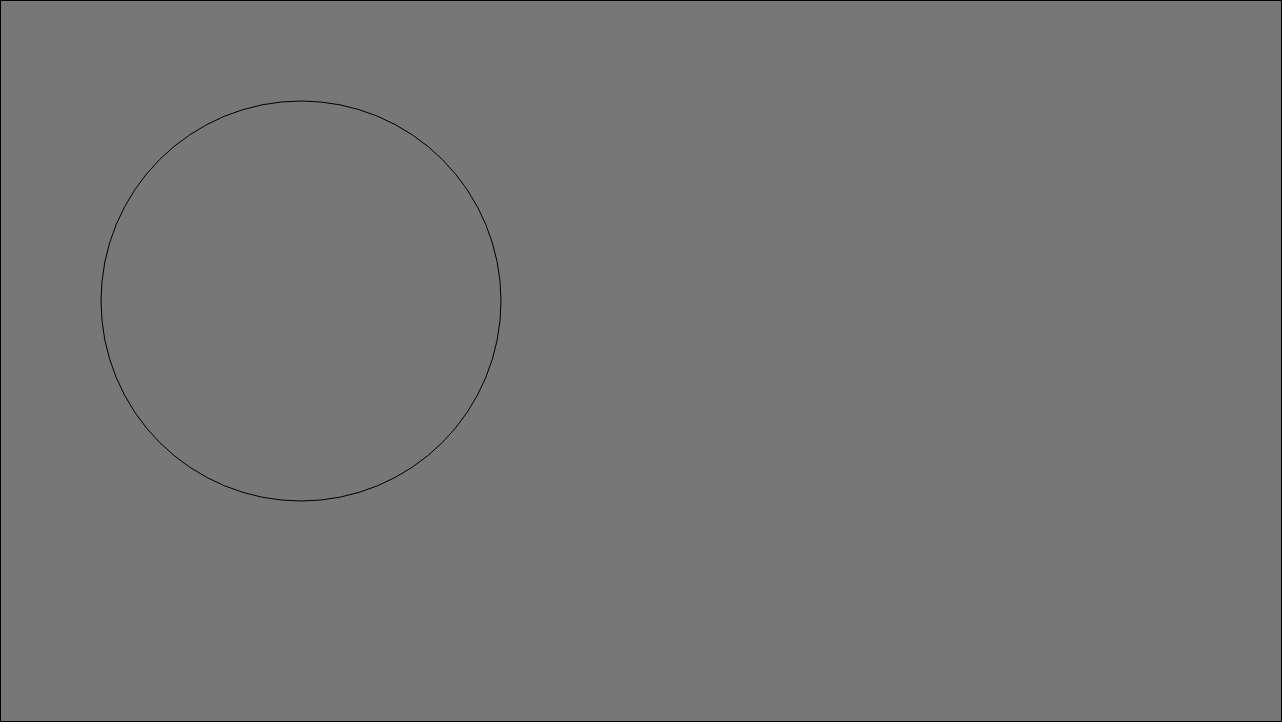
Repository: tenlekdan/particle-effect
Page: inidex.html
An editor plug-in stored every save of this project. The page is shown before and after the next save, followed by the edit.
The browser window is 1280 px wide. The page is 1282 px wide, so the pictures cover 1282 px, including what lies to the right of the window. The pictures show the whole page.

Above is the page before, as saved 2019-12-26 15:36:21.

After the next save:
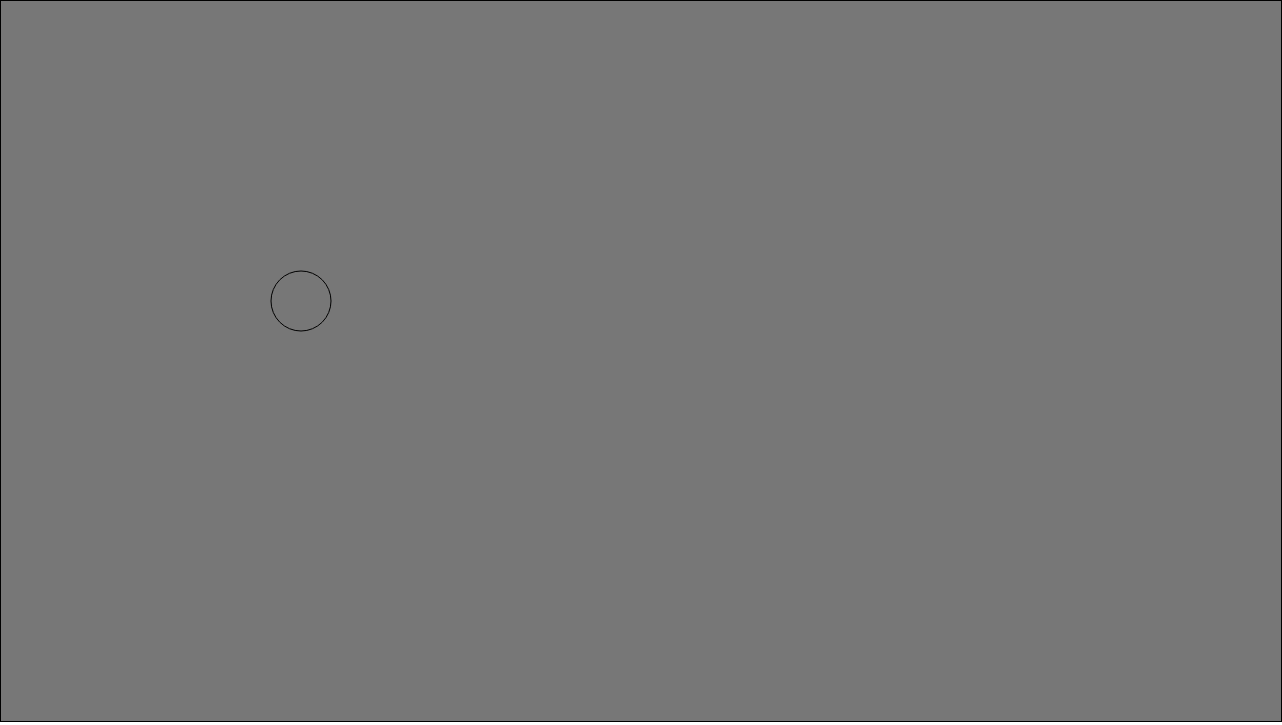
Saved 16 s later.
--- a/canvas.js
+++ b/canvas.js
@@ -17,7 +17,7 @@
     // c.stroke();
 
     c.beginPath();
-    c.arc(300, 300, 200, 0, Math.PI * 2, false);
+    c.arc(300, 300, 30, 0, Math.PI * 2, false);
     c.stroke();
 
 
